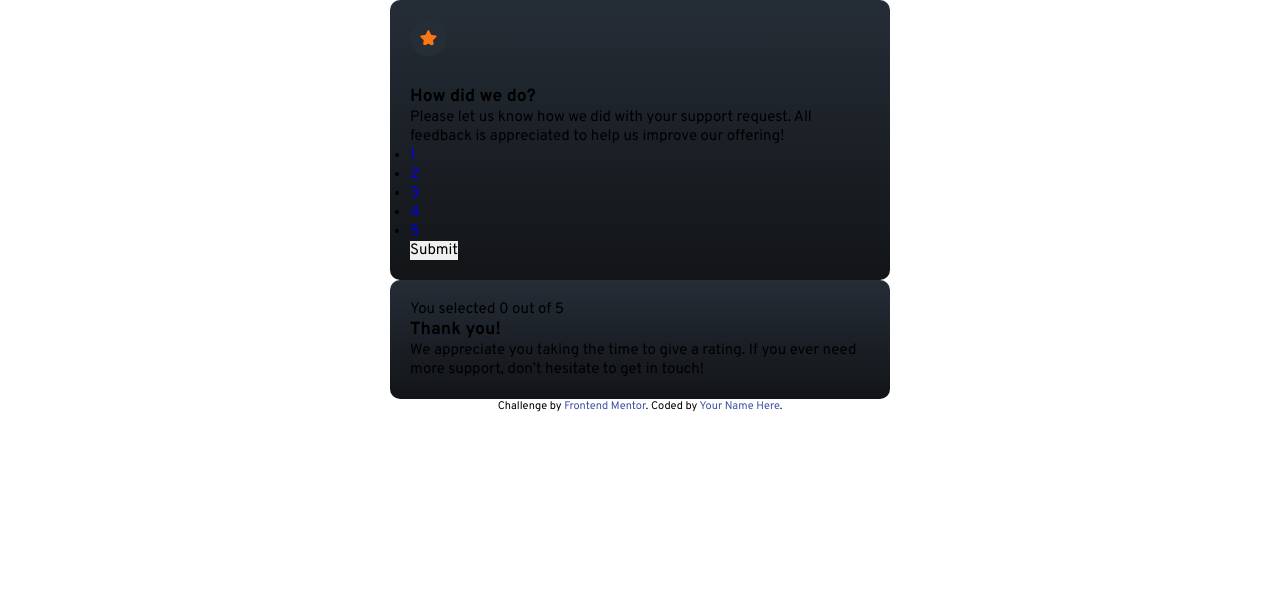
Repository: huynhnhutanhduy/interactive-rating-component
Page: index.html
These files come from the project's save history. The page is drawn as it stood at one moment and after the next save; the edit follows.
The browser window is 1280 px wide. The pictures show the whole page.

Above is the page before, as saved 2022-10-19 10:04:05.

After the next save:
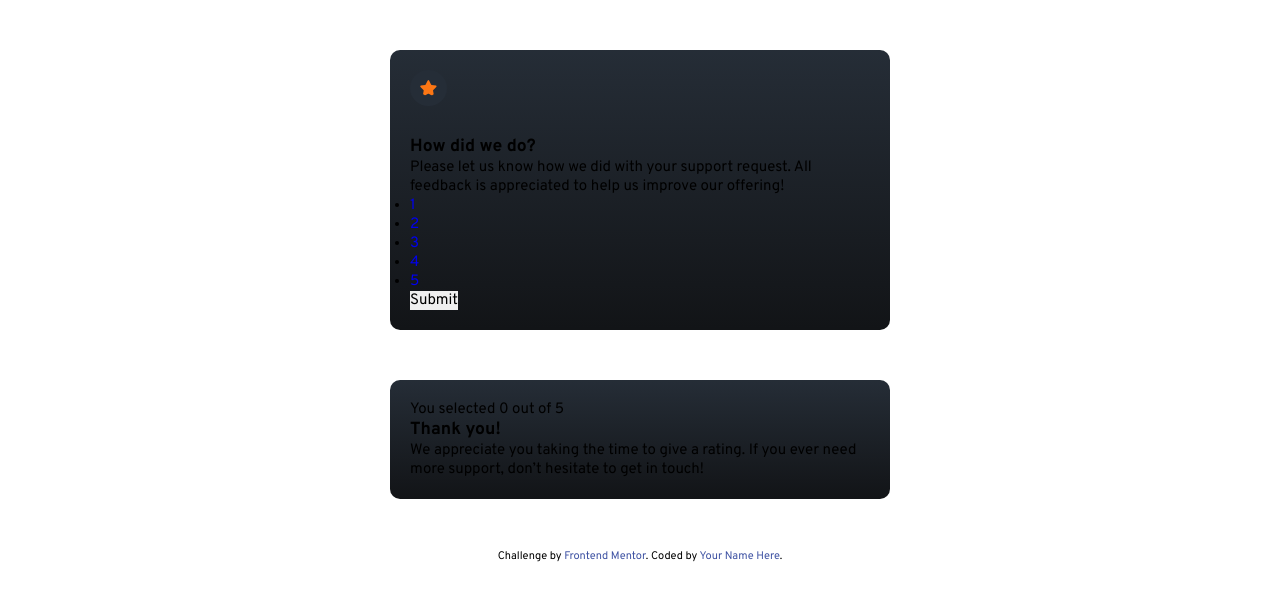
Saved 12 s later.
--- a/app.css
+++ b/app.css
@@ -55,8 +55,7 @@ button {
   background-image: linear-gradient(to bottom, var(--dark-blue), var(--very-dark-blue));
   padding: 2rem;
   border-radius: 1rem;
-  margin-left: auto;
-  margin-right: auto;
+  margin: 5rem auto;
 }
 .rating-star {
   background-color: var(--dark-blue);
